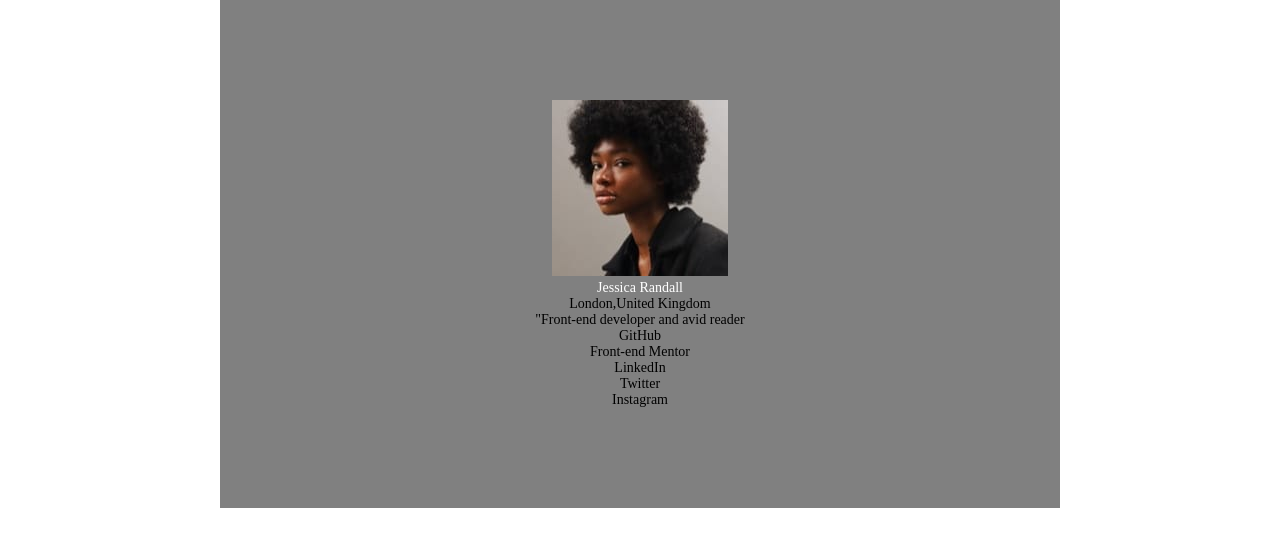
Repository: JosephAbatan05/Social-links-profile
Page: social-links-profile-main/index.html
The author's editor kept a copy of each file at every save. The page is drawn from the files as they stood at one save, then again after the next save.
The browser window is 1280 px wide. The pictures show the whole page.

Above is the page before, as saved 2025-01-23 14:02:24.

After the next save:
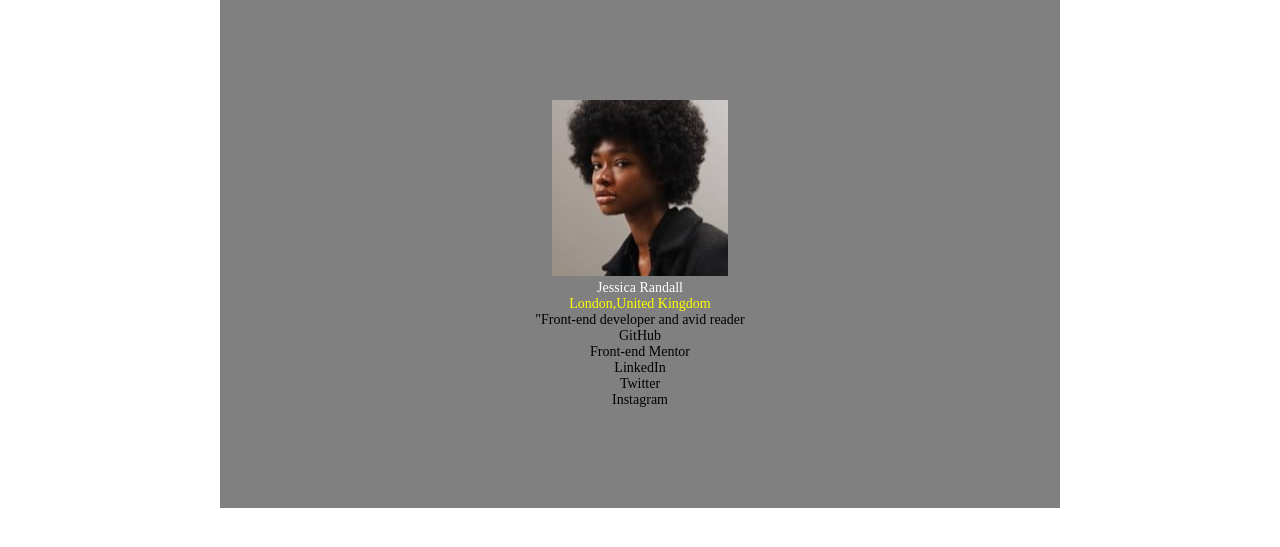
Saved 13 s later.
--- a/social-links-profile-main/styles.css
+++ b/social-links-profile-main/styles.css
@@ -20,5 +20,5 @@ body{
     color:white;
 }
 .container .description{
-    color:
+    color:yellow;
 }
